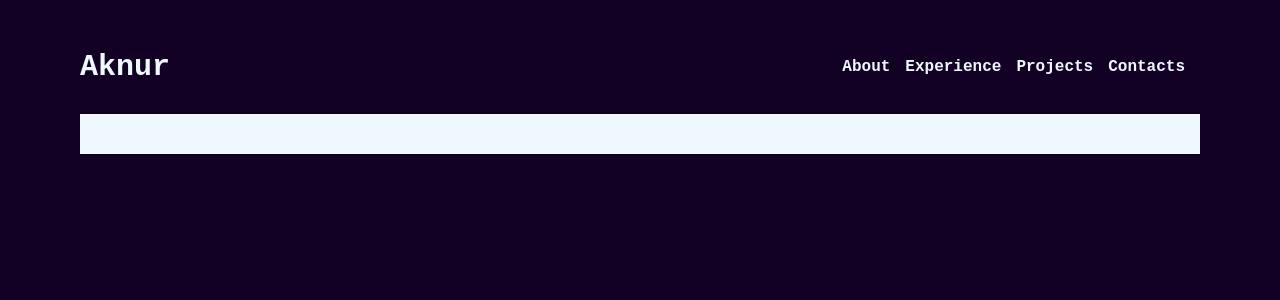
Repository: aknurkappar/nfactorial-portfolio-app-03-03-2022
Page: /
An editor plug-in stored every save of this project. The page is shown before and after a run of saves, followed by the edit.
The browser window is 1280 px wide. The pictures show the whole page.
The project was rebuilt for these pictures with package versions that can differ from the ones it lists, and the page was loaded fresh each time. Also part of the build but not shown: src/App.css.

Above is the page before, as saved 2023-03-03 20:56:26.

### src/index.css
body {
  margin: 20px 80px;
  font-family: -apple-system, BlinkMacSystemFont, 'Segoe UI', 'Roboto', 'Oxygen',
    'Ubuntu', 'Cantarell', 'Fira Sans', 'Droid Sans', 'Helvetica Neue',
    sans-serif;
  -webkit-font-smoothing: antialiased;
  -moz-osx-font-smoothing: grayscale;
  font-family:'Courier New', Courier, monospace;
  font-weight: 700;
  color: aliceblue;
  background-color: #130125;
}

code {
  font-family: source-code-pro, Menlo, Monaco, Consolas, 'Courier New',
    monospace;
}

### src/App.js
import './App.css';
import { Header } from "./components/Header"

function App() {
  return (
    <>
    <Header />
    </>

  );
}

export default App;

### src/components/Header/index.js
import "./index.css"


 class Menu{
    constructor(name){
        this.name = name;
        this.isActive = false;
    }
 }

 const menues = [
    new Menu("About"),
    new Menu("Experience"),
    new Menu("Projects"),
    new Menu("Contacts"),
 ]


 export const Header = () => {
    return (
        <div>
            <div className="header">
                <p>Aknur</p>
                <ul className="menu-items">{
                    menues.map(menu => (
                        <li>{menu.name}</li>
                    ))
                }</ul>
            </div>
            <div className="line"></div>

        </div>
    )
 }

### src/components/Header/index.css
.menu-items{
    display: flex;
    flex-direction: row;

}

.menu-items li{
    list-style-type: none;
    margin-right: 15px;
}

.header{
    display: flex;
    align-items: center;
    justify-content: space-between;
}

.header p{
    font-size: 30px;
}

.line{
    width: 100%;
    height: 40px;
    background-color: aliceblue;
}

Loaded but not shown: public/index.html (common file); src/index.js (common file)

After the next 2 saves:
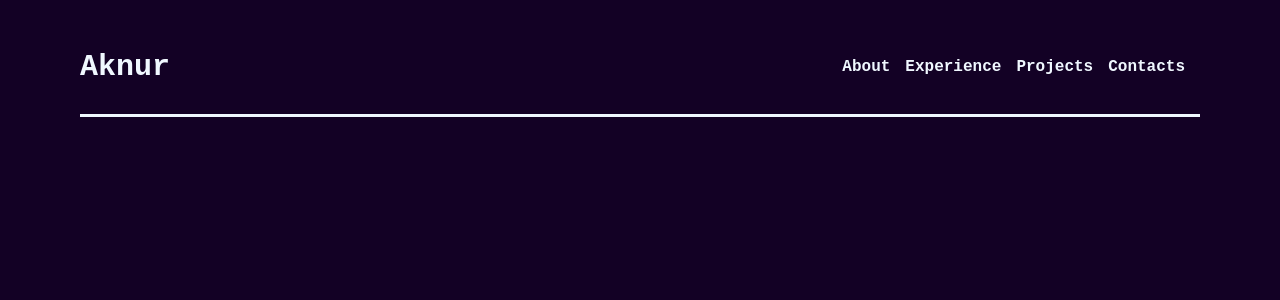
The 2 saves are shown as one change because they came seconds apart.
The last was saved 11 s later.
--- a/src/components/Header/index.css
+++ b/src/components/Header/index.css
@@ -21,6 +21,6 @@
 
 .line{
     width: 100%;
-    height: 40px;
+    height: 3px;
     background-color: aliceblue;
 }
